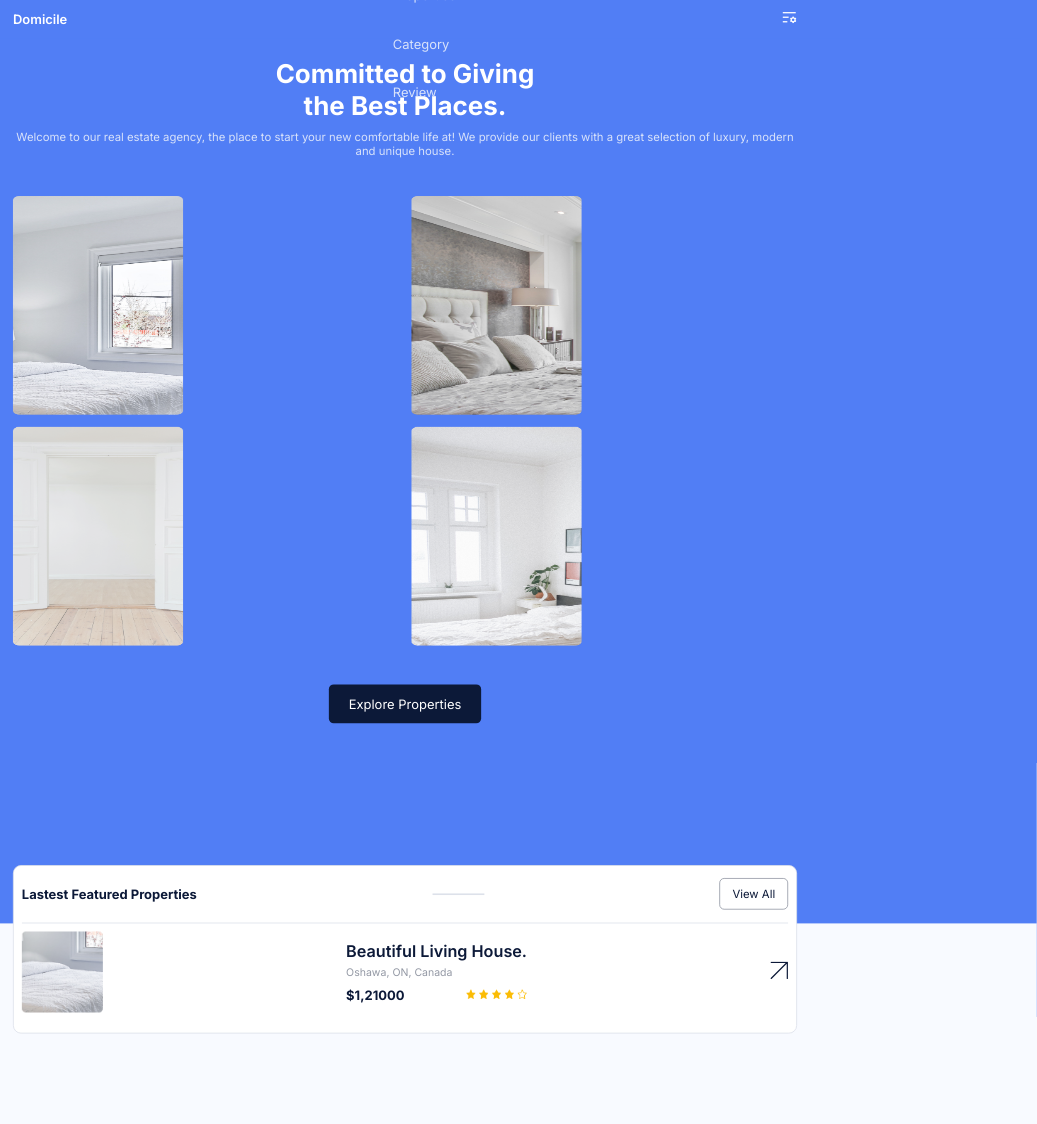
Repository: haokiet2501/domicile-real-estate
Page: index.html
These files come from the project's save history. The page is drawn as it stood at one moment and after a run of saves; the edit follows.
The browser window is 1280 px wide. The pictures show the whole page, at 81% of full size.
The style sheet was rebuilt from its Sass, Less or Tailwind sources for each picture, by a compiler version that may differ from the author's.

Above is the page before, as saved 2022-06-11 16:27:52.

### index.html
<!DOCTYPE html>
<html lang="en">
<head>
    <meta charset="UTF-8">
    <meta http-equiv="X-UA-Compatible" content="IE=edge">
    <meta name="viewport" content="width=device-width, initial-scale=1.0">
    <link href="https://cdn.jsdelivr.net/npm/remixicon@2.5.0/fonts/remixicon.css" rel="stylesheet">
    <link rel="stylesheet" href="sass/css/styles.css">
    <title>Real Estate Website - Domicile</title>
</head>
<body>
    <header class="header" id="header">
        <nav class="nav container">
            <a href="#" class="nav__logo">Domicile</a>

            <div class="nav__menu" id="nav-menu">
                <ul class="nav__list">
                    <li class="nav__item">
                        <a href="#" class="nav__link active-link">Home</a>
                    </li>
                    <li class="nav__item">
                        <a href="#" class="nav__link">Properties</a>
                    </li>
                    <li class="nav__item">
                        <a href="#" class="nav__link">Category</a>
                    </li>
                    <li class="nav__item">
                        <a href="#" class="nav__link">Review</a>
                    </li>
                </ul>

                <i class="ri-close-line nav__close" id="nav-close"></i>
            </div>

            <div class="nav__toggle" id="nav-toggle">
                <i class="ri-list-settings-line"></i>
            </div>
        </nav>
    </header>

    <main class="main">
        <section class="home section" id="home">
            <div class="home__container container grid">
                <div class="home__data">
                    <h1 class="home__data-subtitle">
                        Committed to Giving<br>the Best Places.
                    </h1>
                    <p class="home__data-title">
                        Welcome to our real estate agency, the place to start your new comfortable life at! We provide our clients with a great selection of luxury, modern and unique house.
                    </p>
                </div>

                <div class="home__images">
                    <img src="imgs/hero-one.png" alt="">
                    <img src="imgs/hero-two.png" alt="">
                    <img src="imgs/hero-three.png" alt="">
                    <img src="imgs/hero-four.png" alt="">
                </div>

                <div class="home__button">
                    <a href="#" class="button">Explore Properties</a>
                </div>
            </div>
        </section>

        <section class="futured" id="futured">
            <div class="futured__container container">
                <div class="futured__properties">
                    <div class="futured__properties-content">
                        Lastest Featured Properties
                    </div>
                    <div class="futured__properties-line"></div>
                    <div class="futured__properties-button">View All</div>
                </div>

                <div class="futured__card">
                    <img class="futured__card-img" src="imgs/future.png" alt="">
                    <div class="futured__card-layouts">
                        <div class="futured__card-text">
                            <h3>Beautiful Living House.</h3>
                            <p>Oshawa, ON, Canada</p>
                        </div>
                        <div class="futured__card-price">
                            <p>$1,21000</p>
                            <img class="futured__card-price-vector" src="imgs/rating.png" alt="">
                        </div>

                        <div class="futured__card-subtext">
                            <p>

                            </p>
                        </div>
                    </div>
                    <div class="futured__card-btnfutured">
                        <svg width="22" height="22" viewBox="0 0 22 22" fill="none" xmlns="http://www.w3.org/2000/svg">
                            <path d="M1 21L21 1M21 1H1M21 1V21" stroke="#0C1938" stroke-width="1.5" stroke-linecap="round" stroke-linejoin="round"/>
                        </svg>
                    </div>
                </div>
            </div>
        </section>
    </main>
    <script src="app.js"></script>
</body>
</html>

### app.js
// Show Menu
const navMenu = document.getElementById('nav-menu'),
    navToggle = document.getElementById('nav-toggle'),
    navClose = document.getElementById('nav-close');

if (navToggle) {
    navToggle.addEventListener('click', () => {
        navMenu.classList.add('show-menu');
    });
}

if(navClose) {
    navClose.addEventListener('click', () => {
        navMenu.classList.remove('show-menu');
    })
}

### sass/styles.scss
@import './base/base';
@import './main/main';

### sass/base/_base.scss
@import url('https://fonts.googleapis.com/css2?family=Inter:wght@400;500;600;700;800;900&display=swap');

* {
    margin: 0;
    padding: 0;
    box-sizing: border-box;
}

html {
    scroll-behavior: smooth;
}

body {
    font-family: 'Inter', sans-serif;
    font-style: normal;
    background: var(--color-main);
}

ul {
    list-style: none;
}

a {
    text-decoration: none;
}

img {
    max-width: 100%;
    height: auto;
}

button, input {
    border: none;
    outline: none;
}

:root {
    --header-height: 3rem;

    --color-main: #F8FAFF;
    --color-bg-header: #517EF5;
    --white-color: #FFFFFF;
    --color-nav: #D8E2FA;
    --color-footer: #0E1935;
    --color-btn: #0C1938;
    --color-title: #9398A4;

    --biggest-font-size: 2.5rem;
    --medium-font-size: 2rem;
    --h1-font-size: 1.5rem;
    --h2-font-size: 1.25rem;
    --h3-font-size: 1rem;
    --normal-font-size: 0.938rem;
    --small-font-size: 0.813rem;
    --smaller-font-size: 0.75rem;

    --font-smaller: 400;
    --font-medium: 500;
    --font-semi-bold: 600;
    --font-semi-big: 700;

     /* Margin Bottom */
    --mb-0-25: 0.25rem;
    --mb-0-5: 0.5rem;
    --mb-0-75: 0.75rem;
    --mb-1: 1rem;
    --mb-1-25: 1.25rem;
    --mb-1-5: 1.5rem;
    --mb-2: 2rem;
    --mb-2-5: 2.5rem;

    --scale-hover: scale(.98);
}

@media screen and (min-width: 968px) {
    :root {
        --biggest-font-size: 4rem;
        --h1-font-size: 2.25rem;
        --h2-font-size: 1.75rem;
        --h3-font-size: 1.25rem;
        --normal-font-size: 1rem;
        --small-font-size: 0.875rem;
        --smaller-font-size: 0.813rem;
    }
}

### sass/main/_main.scss
.header {
    width: 100%;
    position: fixed;
    top: 0;
    left: 0;
    z-index: 100;
    background-color: var(--color-bg-header);
}

.main {
    overflow-x: hidden;
}

.container {
    max-width: 968px;
    margin-left: var(--mb-1);
    margin-right: var(--mb-1);
}

.grid {
    display: grid;
    gap: 1.5rem;
}

.section {
    padding: 4.5rem 0 2.5rem;
}

// NAV
.nav {
    display: flex;
    justify-content: space-between;
    align-items: center;
    height: var(--header-height);

    &__logo,
    &__toggle{
        color: var(--white-color);
    }

    &__logo {
        font-weight: var(--font-semi-bold);
    }

    &__toggle{
        font-size: 1.2rem;
        cursor: pointer;
    }

    &__menu {
        position: relative;

        @media screen and (max-width: 767px){
            position: fixed;
            background-color: var(--color-footer);
            top: 0;
            right: -100%;
            width: 70%;
            height: 100%;
            box-shadow: -1px 0 4px rgba(0, 0, 0, .15);
            padding: 3rem;
            transition: .4s;
        }
    }

    &__list {
        display: flex;
        flex-direction: column;
        row-gap: 2.5rem;
    }

    &__link {
        font-weight: var(--font-smaller);
        color: var(--color-nav);

        &:hover {
            color: var(--white-color);
            transform: var(--scale-hover);
        }
    }

    &__close {
        position: absolute;
        top: .75rem;
        right: 1rem;
        font-size: 1.5rem;
        color: var(--white-color);
        cursor: pointer;
    }
}

// Show menu
.show-menu {
    right: 0;
}

.home {
    background-color: var(--color-bg-header);
    height: calc(165vh - var(--header-height));
    &__container {
        row-gap: 3rem;
    }

    &__data {
        text-align: center;

        &-subtitle {
            color: var(--white-color);
            font-size: var(--medium-font-size);
            font-weight: var(--font-semi-big);
            margin-bottom: 10px;
        }
        &-title {
            color: var(--color-nav);
            font-weight: var(--font-smaller);
            font-size: var(--small-font-size);
        }
    }

    &__images {
        display: grid;
        gap: 15px;
        grid-template-columns: repeat(2, 1fr);

        img {
            width: 210px;
            height: 270px;
            transition: .3s ease-out;

            &:hover {
                transform: var(--scale-hover);
                transition: .3s ease-out;
            }
        }
    }

    &__button {
        display: flex;
        justify-content: center;
        align-items: center;

        .button {
            padding: 14px 24px;
            background-color: var(--color-btn);
            color: var(--white-color);
            border-radius: 6px;
            font-size: var(--normal-font-size);
            transition: .3s ease-out;

            &:hover {
                transform: var(--scale-hover);
                transition: .3s ease-out;
            }
        }
    }
}

.futured {
    position: relative;
    transform: translateY(-4.5rem);
    padding-bottom: 2.5rem;

    &__container {
        background-color: var(--white-color);
        border: 1px solid #DDE1EA;
        border-radius: 10px;
        padding: 15px 10px;
    }

    &__properties {
        display: flex;
        justify-content: space-between;
        align-items: center;
        border-bottom: 1px solid #DDE1EA;
        padding-bottom: 1rem;

        &-content {
            font-weight: var(--font-semi-big);
            color: var(--color-btn);

        }

        &-line {
            width: calc(var(--header-height) + 1rem);
            height: 1px;
            border: 1px solid #DDE1EA;
        }

        &-button {
            border: 1px solid #9398A4;
            padding: 10px 15px;
            border-radius: 6px;
            color: var(--color-btn);
            font-weight: var(--font-smaller);
            font-size: var(--small-font-size);
            transition: .3s ease-out;

            &:hover {
                transform: var(--scale-hover);
                transition: .3s ease-out;
            }
        }
    }

    &__card {
        display: flex;
        justify-content: space-between;
        align-items: center;
        margin: 10px 0;

        &-img {
            width: 100px;
            height: 100px;
        }

        &-text {
            h3 {
                font-weight: var(--font-semi-bold);
                color: var(--color-btn);
                font-size: var(--h3-font-size);
                margin-bottom: 5px;
            }

            p {
                font-weight: var(--font-smaller);
                color: var(--color-title);
                font-size: var(--smaller-font-size);
                margin-bottom: 10px;
            }
        }

        &-price {
            display: flex;
            justify-content: space-between;
            align-items: center;

            p {
                font-weight: var(--font-semi-big);
                font-size: var(--normal-font-size);
                color: var(--color-btn);
            }

            &-vector {
                width: 76px;
                height: 14px;
            }
        }
    }
}

After the next 2 saves:
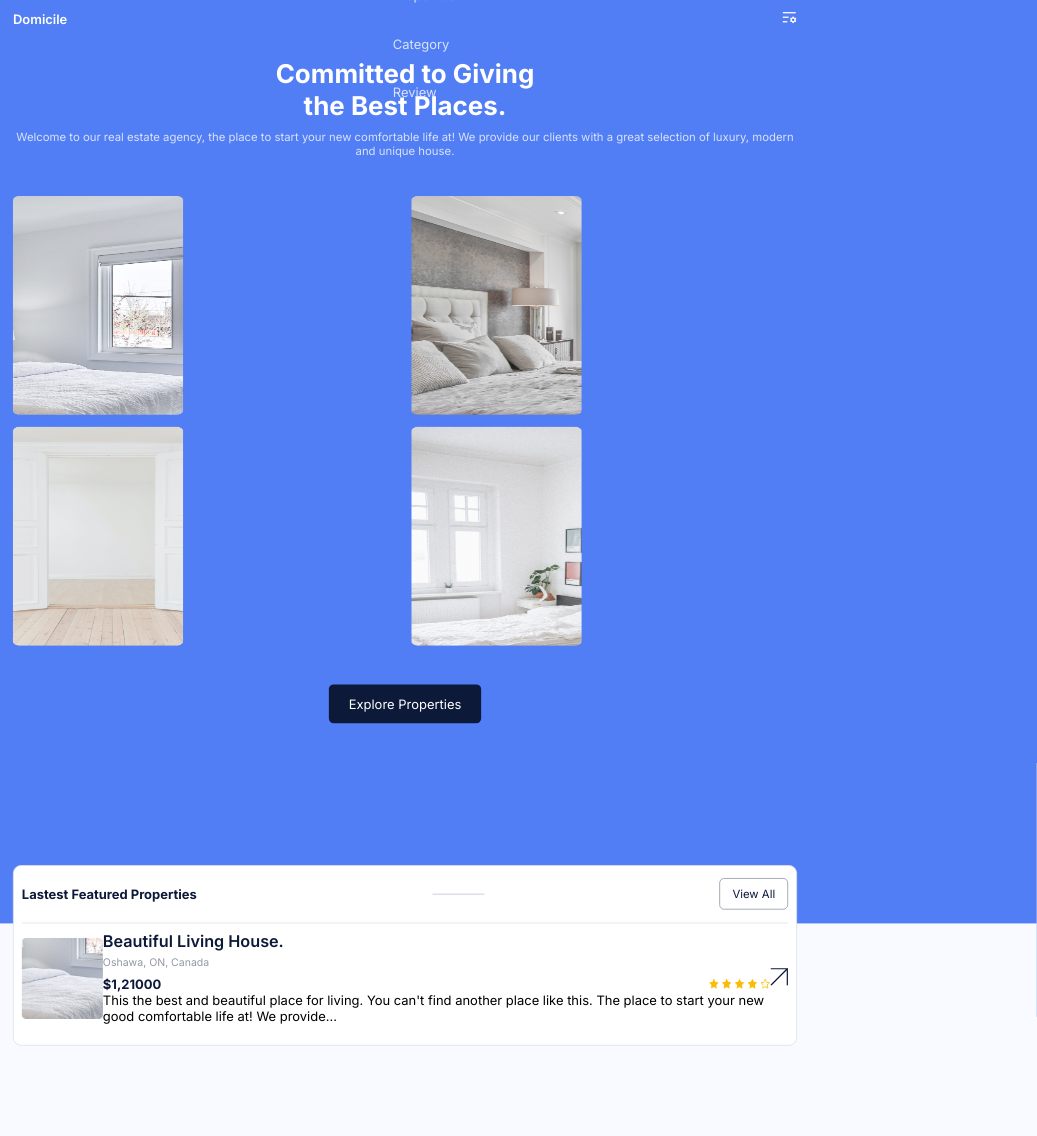
The 2 saves are shown as one change because they came seconds apart.
The last was saved 8 s later.
--- a/index.html
+++ b/index.html
@@ -87,7 +87,7 @@
 
                         <div class="futured__card-subtext">
                             <p>
-
+                                This the best and beautiful place for living. You can't find another place like this. The place to start your new good comfortable life at! We provide...
                             </p>
                         </div>
                     </div>
